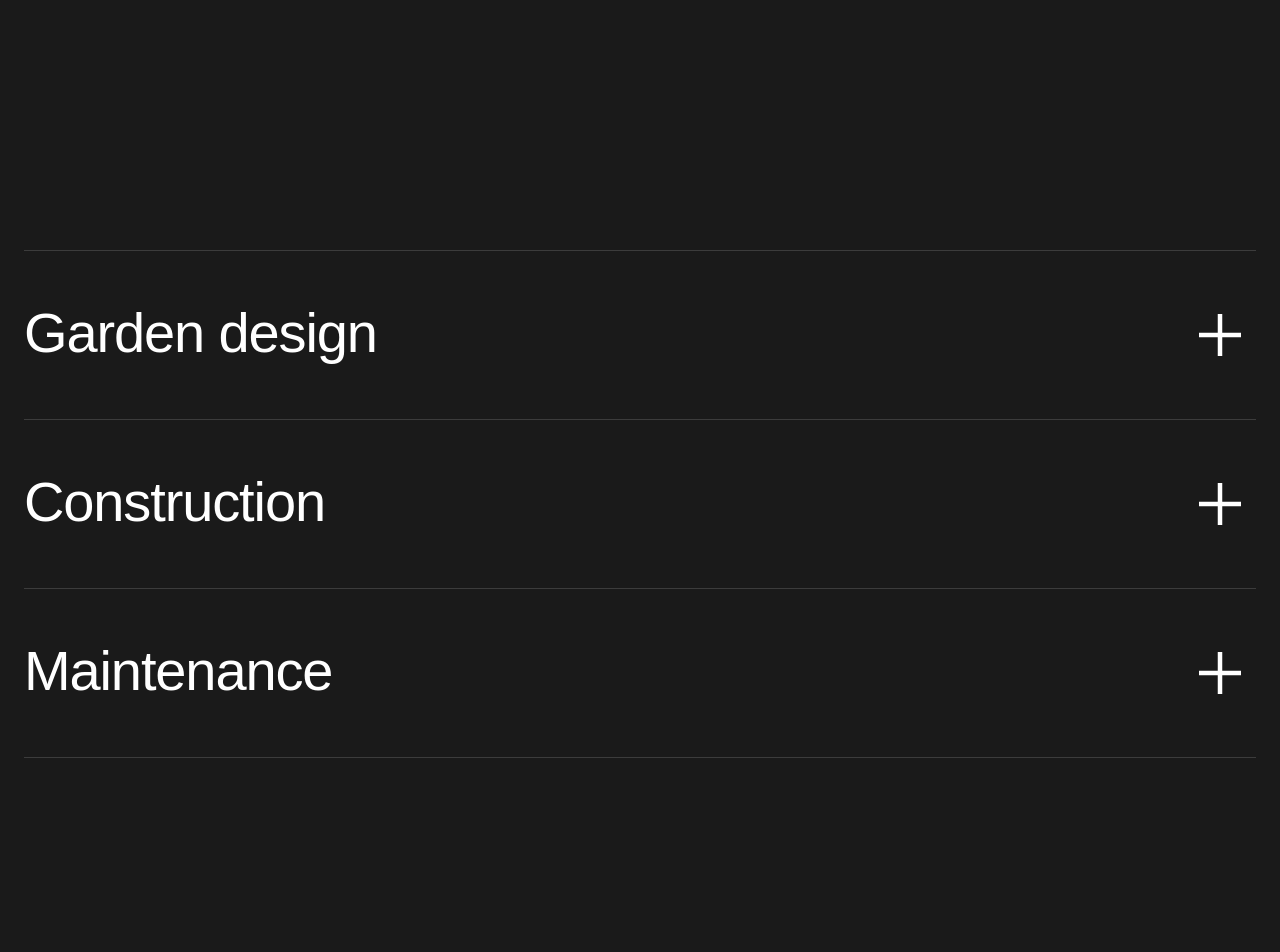
Repository: JoelMann1/MackenzieLandscapes
Page: index.html
An editor plug-in stored every save of this project. The page is shown before and after the next save, followed by the edit.
The browser window is 1280 px wide. The pictures show the part of the page from y = 1875 to 2827 px (the page is 5414 px tall before and 5544 px after).
A picture or video elsewhere on the page could not be fetched, so the positions and the page height are approximate.

Above is the page before, as saved 2025-10-31 21:44:08.

After the next save:
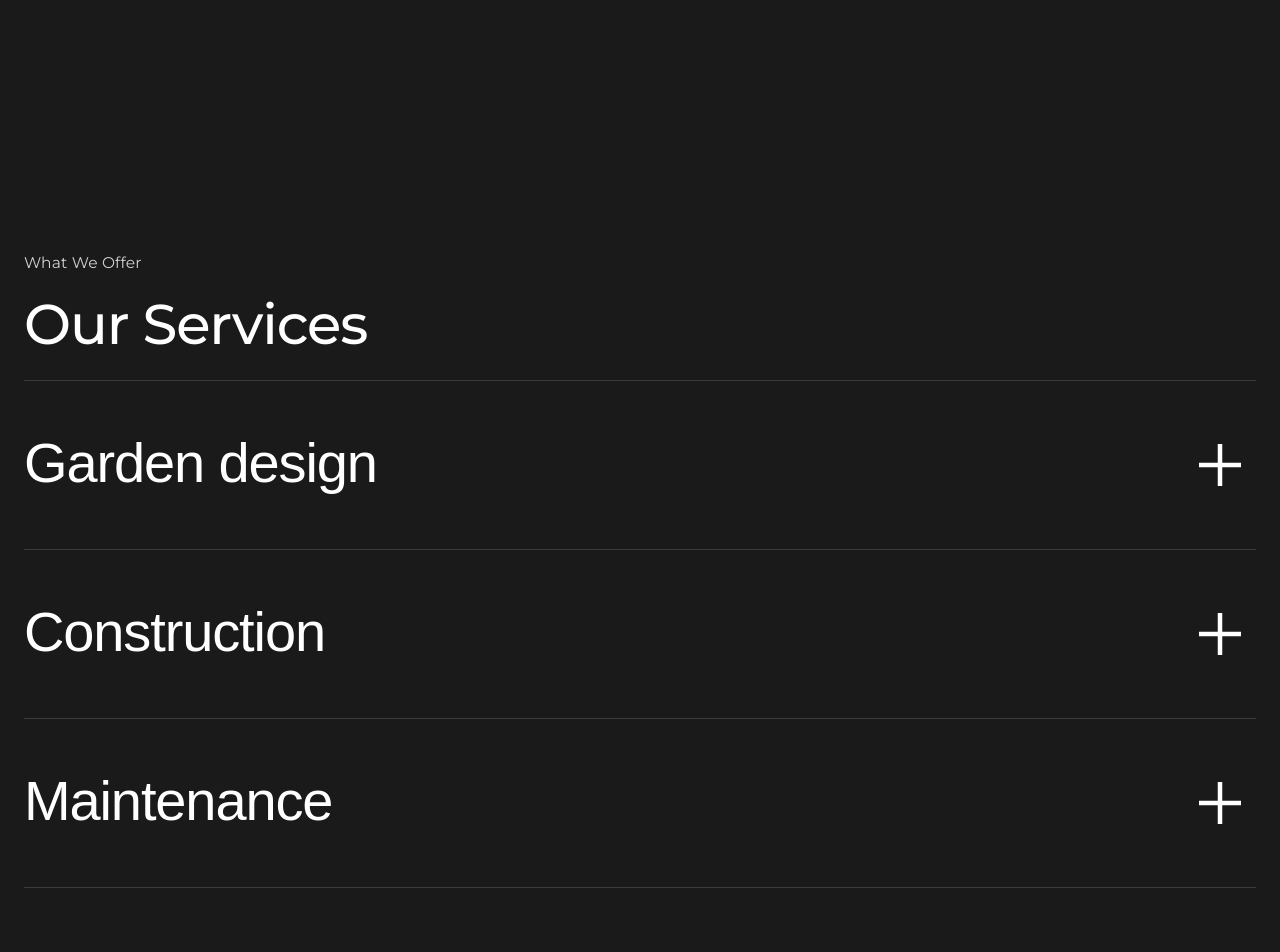
Saved 111 s later.
--- a/index.html
+++ b/index.html
@@ -258,6 +258,11 @@
 
 <section id="services" class="section section--services-accordion">
   <div class="container">
+    <div class="services-header">
+      <div class="services-header__divider"></div>
+      <p class="services-header__tagline">What We Offer</p>
+      <h2 class="section-title">Our Services</h2>
+    </div>
     <div class="services-accordion">
       <div class="accordion-item">
         <button class="accordion-item__toggle" aria-expanded="false">
